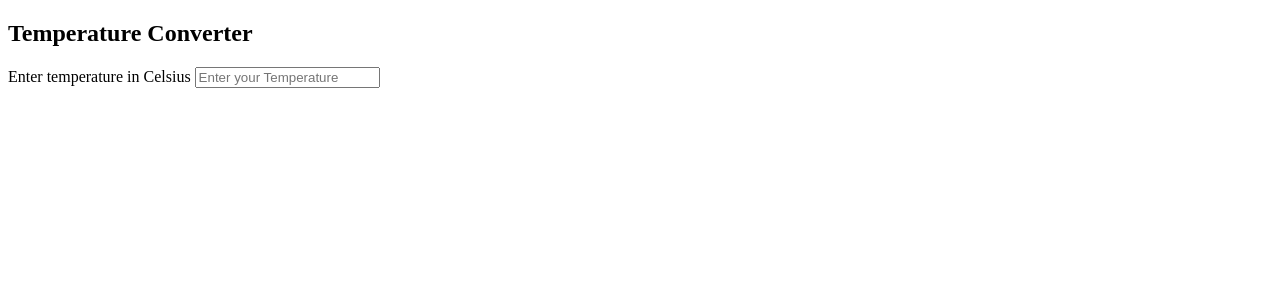
Repository: JunaidAnsari202/Temperature-Converter
Page: index.html
These files come from the project's save history. The page is drawn as it stood at one moment and after the next save; the edit follows.
The browser window is 1280 px wide. The pictures show the whole page.

Above is the page before, as saved 2024-10-16 10:58:53.
Not found: script,js

### index.html
<!DOCTYPE html>
<html lang="en">
<head>
    <meta charset="UTF-8">
    <meta name="viewport" content="width=device-width, initial-scale=1.0">
    <title>Temperatue converter</title>
    <link rel="stylesheet" href="style.css">
</head>
<body>
  <div class="container">
    <div class="header">
        <h2>Temperature Converter</h2>
    </div>
  </div>
  <div class="input">
    <label for="input1">  Enter temperature in Celsius </label>
    <input type="number" id="calsius" placeholder="Enter your Temperature">
  </div>
  <div class="input"></div>
  <div class="input"></div>
    <script src="script,js"></script>
</body>
</html>

Loaded but not shown: style.css (no copy from this time; the picture is the same without it)

After the next save:
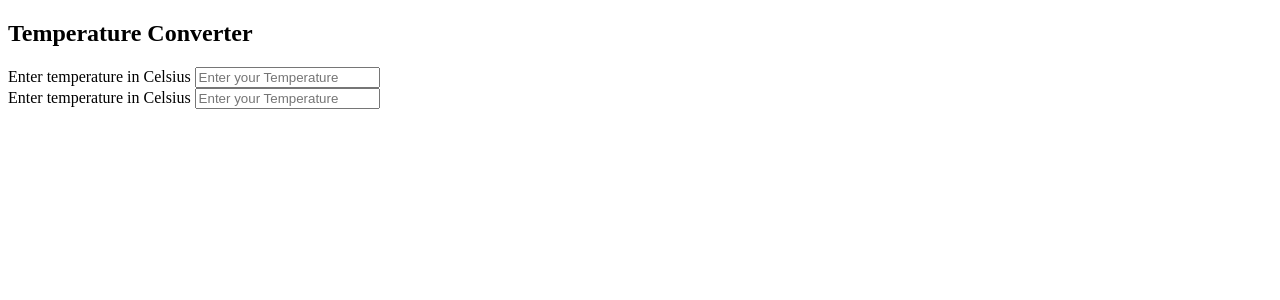
Saved 22 s later.
--- a/index.html
+++ b/index.html
@@ -16,7 +16,10 @@
     <label for="input1">  Enter temperature in Celsius </label>
     <input type="number" id="calsius" placeholder="Enter your Temperature">
   </div>
-  <div class="input"></div>
+  <div class="input">
+    <label for="input1">  Enter temperature in Celsius </label>
+    <input type="number" id="calsius" placeholder="Enter your Temperature">
+  </div>
   <div class="input"></div>
     <script src="script,js"></script>
 </body>
